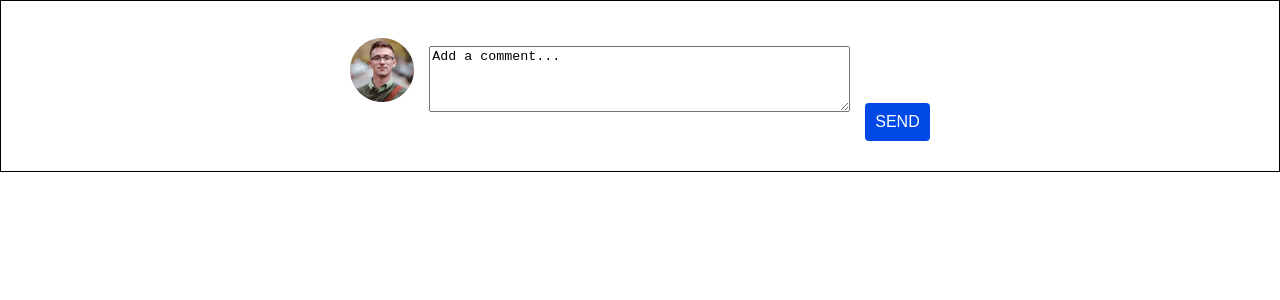
Repository: badhon252/interactive-comments-section
Page: /
An editor plug-in stored every save of this project. The page is shown before and after the next save, followed by the edit.
The browser window is 1280 px wide. The pictures show the whole page.
The project was rebuilt for these pictures with package versions that can differ from the ones it lists, and the page was loaded fresh each time.

Above is the page before, as saved 2022-01-27 21:07:37.

### public/index.html
<!DOCTYPE html>
<html lang="en">

<head>
  <meta charset="utf-8" />
  <link rel="icon" href="%PUBLIC_URL%/favicon.ico" />
  <meta name="viewport" content="width=device-width, initial-scale=1" />
  <meta name="theme-color" content="#000000" />
  <meta name="description" content="Web site created using create-react-app" />
  <link rel="apple-touch-icon" href="%PUBLIC_URL%/logo192.png" />

  <link rel="manifest" href="%PUBLIC_URL%/manifest.json" />

  <title>interactive-comments-section</title>
</head>

<body>
  <noscript>You need to enable JavaScript to run this app.</noscript>
  <div id="root"></div>

</body>

</html>

### src/App.js
import Comments from "./components/Comments";

function App() {
  return (
    <div className="App">
      <Comments />
    </div>
  );
}

export default App;

### src/components/Comments.js
import React from "react";
import "../App.css";
import Avatar from "../images/avatars/image-juliusomo.png";
export default function Comments() {
  return (
    <div>
      <div className="comment-section">
        <form action="">
          <img src={Avatar} alt="images" />
          <textarea name="" id="" rows="4" cols="50">
            Add a comment...
          </textarea>
          <button className="submit-btn">SEND</button>
        </form>{" "}
      </div>
    </div>
  );
}

### src/App.css
.comment-section {
  text-align: center;
  border: 1px solid black;
}

.submit-btn {
  background-color: rgb(0, 73, 231);
  color: white;
  border: none;
  border-radius: 4px;
  font-size: 1rem;
  padding: 10px;
}
.comment-section {
  padding: 30px 50px;
}
img {
  max-width: 80%;
  margin-bottom: 25px;
}
textarea {
  margin: 15px;
}

Loaded but not shown: src/index.js (common file); src/index.css (common file); src/reportWebVitals.js (common file)

After the next save:
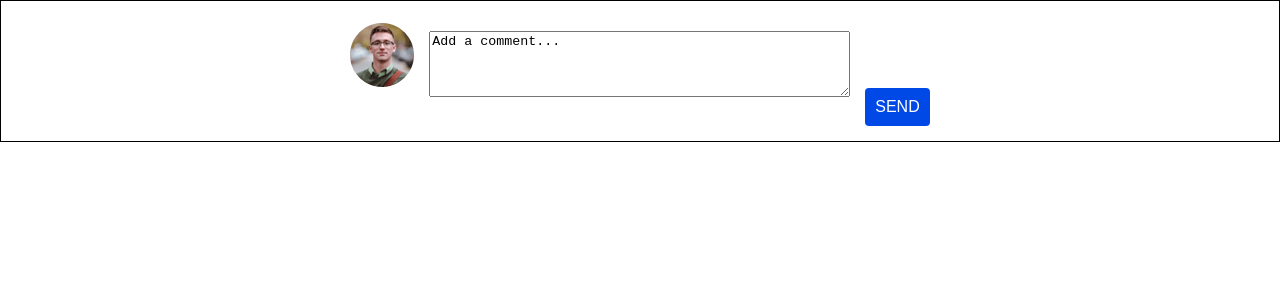
Saved 53 s later.
--- a/src/App.css
+++ b/src/App.css
@@ -1,6 +1,7 @@
 .comment-section {
   text-align: center;
   border: 1px solid black;
+  padding: 15px 30px;
 }
 
 .submit-btn {
@@ -11,9 +12,7 @@
   font-size: 1rem;
   padding: 10px;
 }
-.comment-section {
-  padding: 30px 50px;
-}
+
 img {
   max-width: 80%;
   margin-bottom: 25px;
